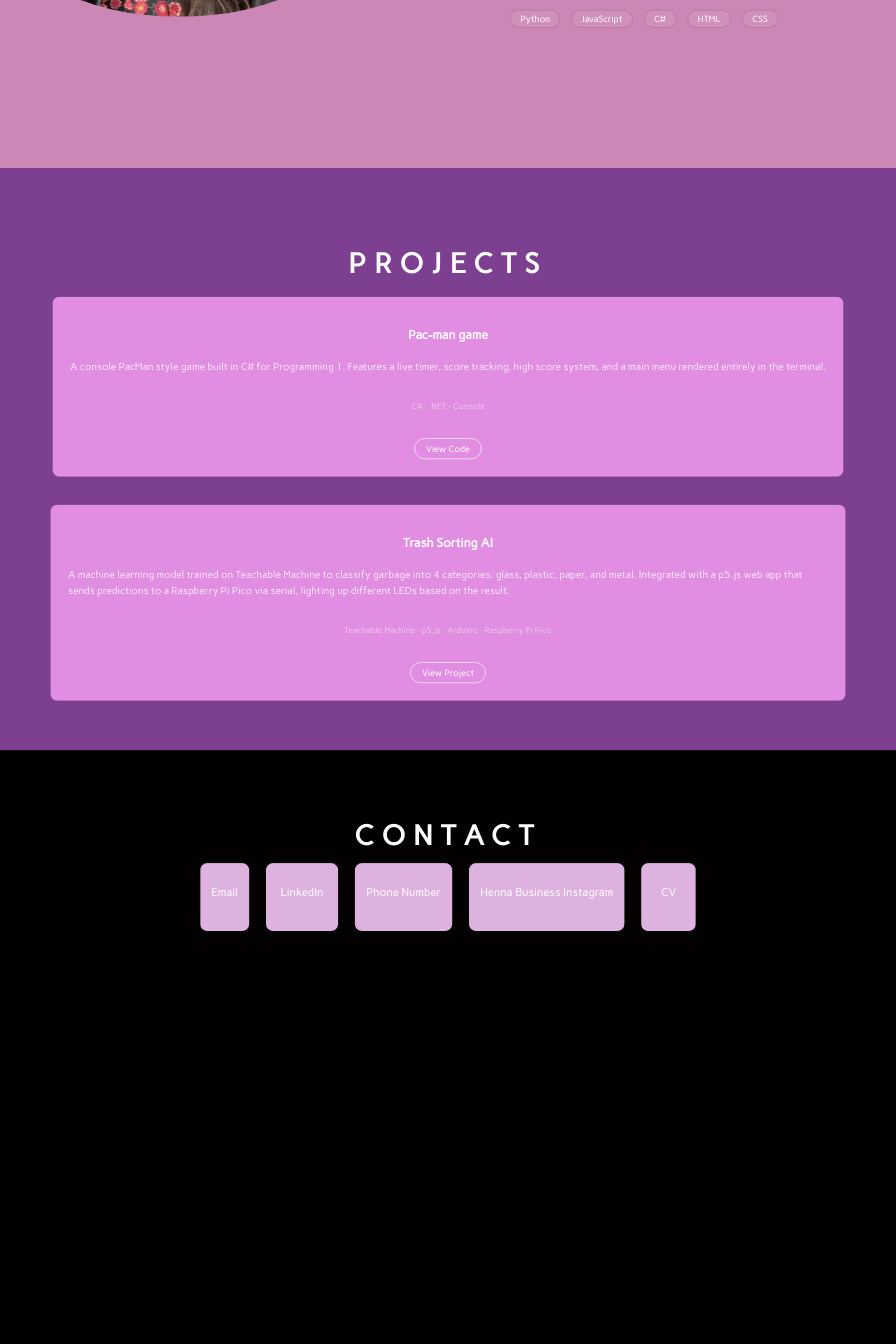
Repository: Rameen-A/Rameen-A
Page: index.html
These files come from the project's save history. The page is drawn as it stood at one moment and after the next save; the edit follows.
The browser window is 1280 px wide. The pictures show the part of the page from y = 1240 to 3160 px (the page is 3160 px tall), at 70% of full size.

Above is the page before, as saved 2026-05-07 22:35:05.

After the next save:
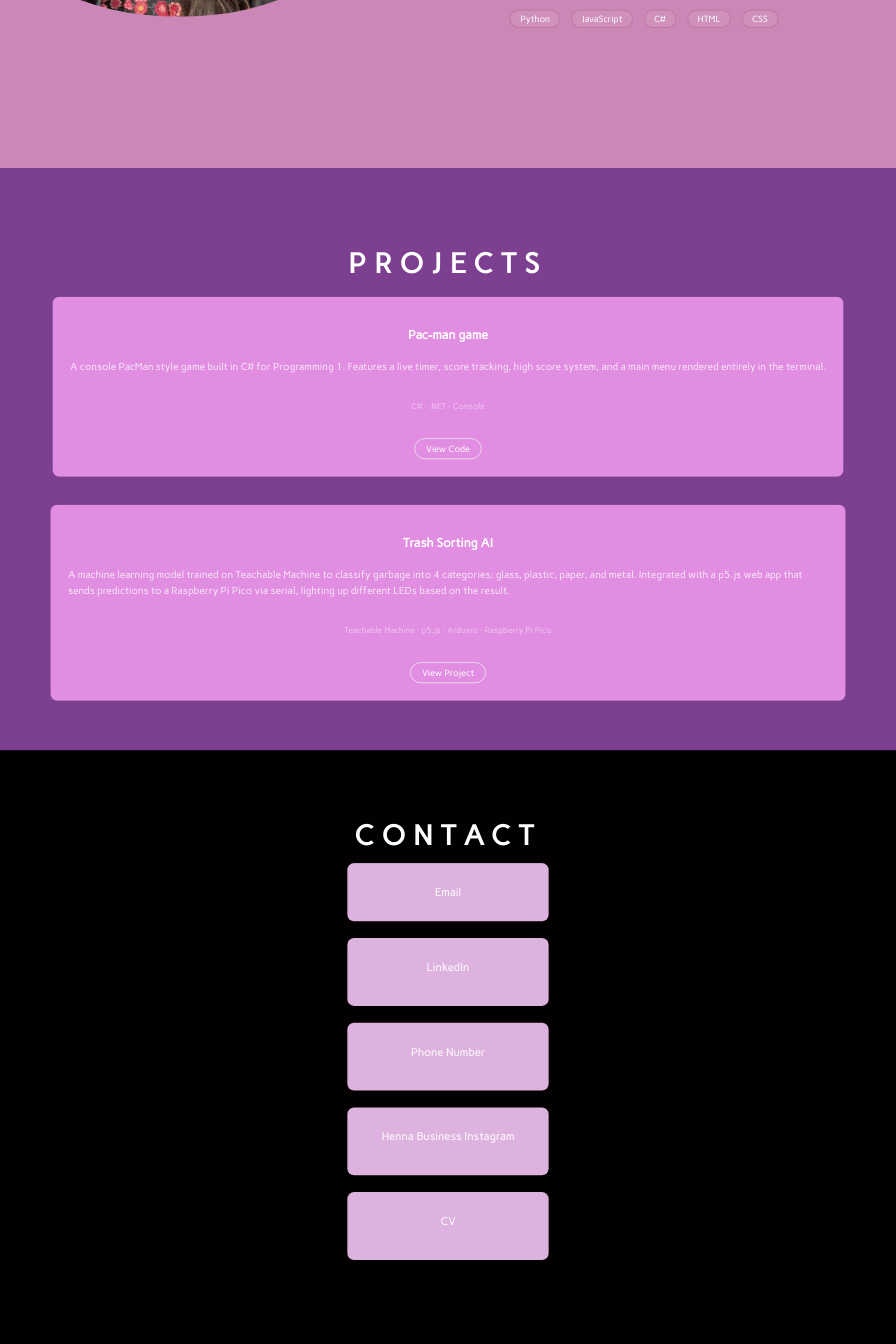
Saved 6 min 26 s later.
--- a/styles/index.css
+++ b/styles/index.css
@@ -214,6 +214,8 @@ article {
   gap: 1.5rem;
   width: 100%;
   max-width: 80%;
+  width: 100%;
+  max-width: 18rem;
 }
 .contact-card {
   background-color: #deb2de;
@@ -222,6 +224,8 @@ article {
   text-align: center;
   position: relative;
   overflow: hidden;
+  width: 100%;
+  max-width: 18rem;
 }
 .default {
   display: block;
